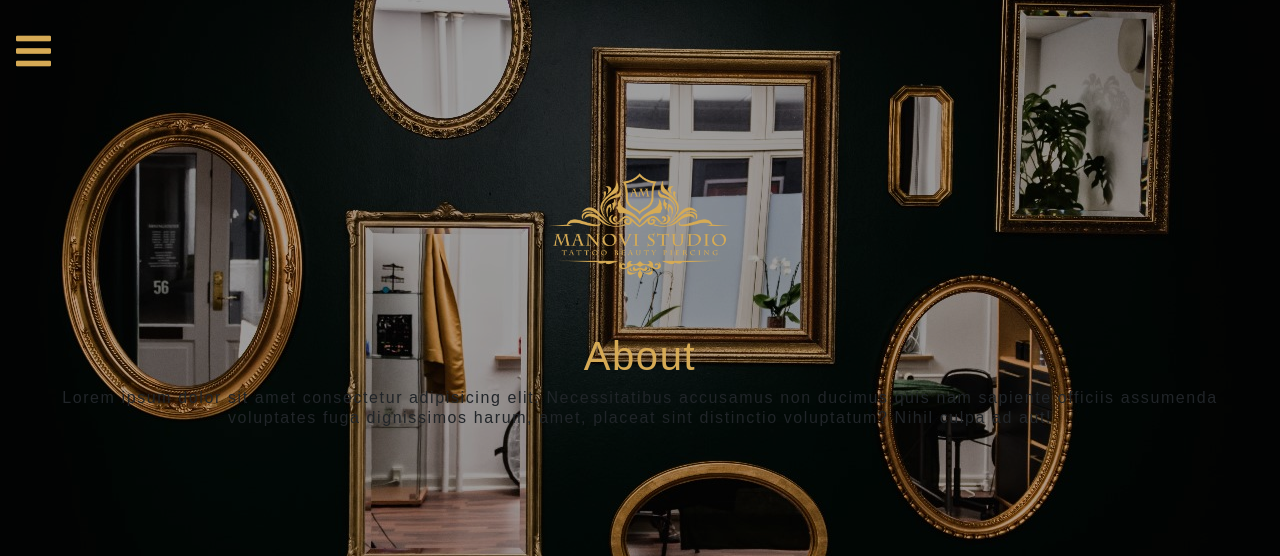
Repository: Spreceriany/TattooWeb
Page: about.html
These files come from the project's save history. The page is drawn as it stood at one moment and after the next save; the edit follows.
The browser window is 1280 px wide. The pictures show the part of the page from y = 0 to 556 px (the page is 1151 px tall).
A picture or video elsewhere on the page could not be fetched, so the positions and the page height are approximate. Some web fonts or font styles are not loaded; a fallback is used. Some web libraries are served in a nearby version.

Above is the page before, as saved 2020-04-10 16:33:41.
Console error: ReferenceError: AOS is not defined

After the next save:
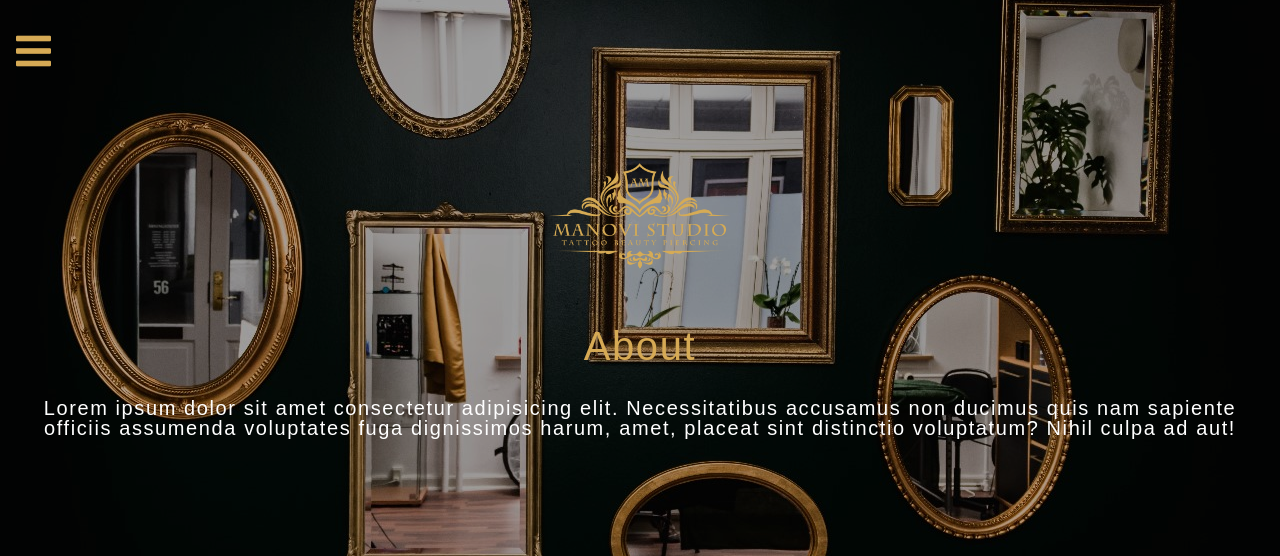
Saved 18 s later.
--- a/about.html
+++ b/about.html
@@ -66,7 +66,7 @@
       <div class="container-fluid about-bg align-items-center flex-column d-flex justify-content-center text-center">
         <img src="images/GOLD.png" alt="logo" class="img-fluid">
         <h1 class="gold"> About</h1>
-        <p>Lorem ipsum dolor sit amet consectetur adipisicing elit. Necessitatibus accusamus non ducimus quis nam sapiente officiis assumenda voluptates fuga dignissimos harum, amet, placeat sint distinctio voluptatum? Nihil culpa ad aut!</p>
+        <p class="lead text-white">Lorem ipsum dolor sit amet consectetur adipisicing elit. Necessitatibus accusamus non ducimus quis nam sapiente officiis assumenda voluptates fuga dignissimos harum, amet, placeat sint distinctio voluptatum? Nihil culpa ad aut!</p>
       </div>
 
 
